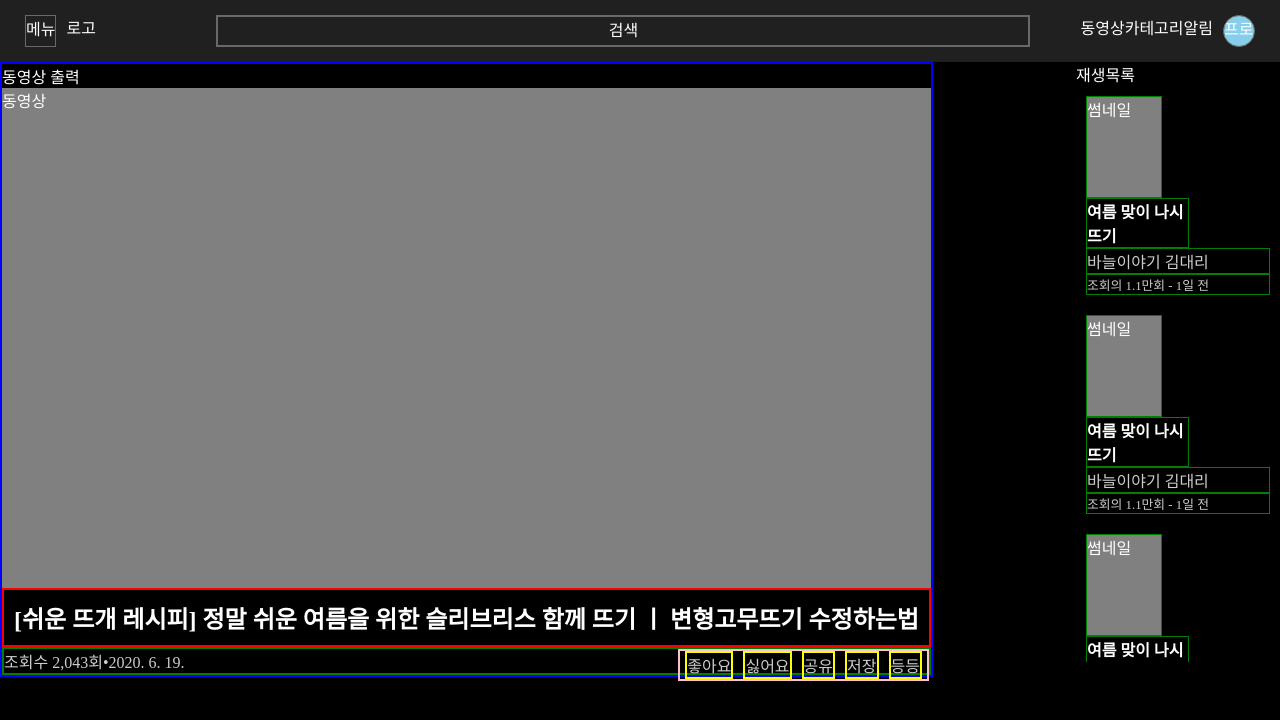
Repository: roseline0912/LikeLion
Page: YouTube_Clone/youtube.html
The author's editor kept a record of every edit. The page is drawn from the files as they stood at one moment, then again after the next edit.
The browser window is 1280 px wide. The pictures show the whole page.
An inner scrolling area shows only its first screen.

Above is the page before.

### YouTube_Clone/youtube.html
<!DOCTYPE html>
<html lang="en">
<head>
    <meta charset="UTF-8">
    <meta name="viewport" content="width=device-width, initial-scale=1.0">
    <meta http-equiv="X-UA-Compatible" content="ie=edge">
    <link rel="stylesheet" href="youtube.css" type="text/css" />
    <title>My YouTube</title>
</head>
<body>
    <nav class="nav-global">
        <div class="nav-item">메뉴</div>
        <div class="nav-logo">로고</div>
        <div class="nav-search">검색</div>
        <div class="nav-video">동영상</div>
        <div class="nav-category">카테고리</div>
        <div class="nav-alarm">알림</div>
        <div class="nav-profile nav-item">프로필</div>
    </nav>

    <div class="container">
    <section class="left-section">동영상 출력
    <div class="video-area">동영상</div>
    <div class="video-title">[쉬운 뜨개 레시피] 정말 쉬운 여름을 위한 슬리브리스 함께 뜨기 ㅣ 변형고무뜨기 수정하는법</div>
    <div class="video-info">
        <div class="video-viewcount">조회수 2,043회•2020. 6. 19.</div>
        <div class="video-info_btn_container">
            <div class="btn-like">좋아요</div>
            <div class="btn-hate">싫어요</div>
            <div class="btn-share">공유</div>
            <div class="btn-save">저장</div>
            <div class="btn-etc">등등</div>
        </div>
    </div>
    </section>

    <section class="right-section">재생목록
    <div class="list-item">
        <div class="list-thumbnail">썸네일</div>
        <div class="list-title">여름 맞이 나시뜨기</div>
        <div class="list-author">바늘이야기 김대리</div>
        <div class="list-info">조회의 1.1만회 - 1일 전</div>
    </div>
    <div class="list-item">
        <div class="list-thumbnail">썸네일</div>
        <div class="list-title">여름 맞이 나시뜨기</div>
        <div class="list-author">바늘이야기 김대리</div>
        <div class="list-info">조회의 1.1만회 - 1일 전</div>
    </div>
    <div class="list-item">
        <div class="list-thumbnail">썸네일</div>
        <div class="list-title">여름 맞이 나시뜨기</div>
        <div class="list-author">바늘이야기 김대리</div>
        <div class="list-info">조회의 1.1만회 - 1일 전</div>
    </div>
    <div class="list-item">
        <div class="list-thumbnail">썸네일</div>
        <div class="list-title">여름 맞이 나시뜨기</div>
        <div class="list-author">바늘이야기 김대리</div>
        <div class="list-info">조회의 1.1만회 - 1일 전</div>
    </div>
    <div class="list-item">
        <div class="list-thumbnail">썸네일</div>
        <div class="list-title">여름 맞이 나시뜨기</div>
        <div class="list-author">바늘이야기 김대리</div>
        <div class="list-info">조회의 1.1만회 - 1일 전</div>
    </div>
    <div class="list-item">
        <div class="list-thumbnail">썸네일</div>
        <div class="list-title">여름 맞이 나시뜨기</div>
        <div class="list-author">바늘이야기 김대리</div>
        <div class="list-info">조회의 1.1만회 - 1일 전</div>
    </div>
    <div class="list-item">
        <div class="list-thumbnail">썸네일</div>
        <div class="list-title">여름 맞이 나시뜨기</div>
        <div class="list-author">바늘이야기 김대리</div>
        <div class="list-info">조회의 1.1만회 - 1일 전</div>
    </div>
    <div class="list-item">
        <div class="list-thumbnail">썸네일</div>
        <div class="list-title">여름 맞이 나시뜨기</div>
        <div class="list-author">바늘이야기 김대리</div>
        <div class="list-info">조회의 1.1만회 - 1일 전</div>
    </div>
    </section>
    </div>
</body>
</html>

### YouTube_Clone/youtube.css
body{
    background-color:black;
    color:white;
    margin:0;
}

.nav-global{
    display:flex;
    background-color:#202020;
    padding:15px;
}

.nav-search{
    flex:1;   /*다른 태그들이 차지하는 공간을 제외하고 모든 공간을 차지함.*/
    border:2px solid dimgray;
    margin: 0 50px;
    text-align:center;
}

.nav-item, nav-logo{
    border:1px solid dimgray;
}

.nav-item{
    margin:0 10px;
}

.nav-logo{
    width:100px;
}

.nav-profile{
    width:30px;
    height:30px;
    border-radius:50%; /*일반적으로 원을 만들때는 정사각형을 만들고 radius 50%를 사용합니다.*/
    background-color:skyblue;
    overflow:hidden; /*얘는 우리가 정해놓은 사이즈를 내부 내용이 넘어가면 숨기겠다라는 속성입니다. 이 외에도 scroll도있습니다*/
}

.container .left-section{
    border: 2px solid blue;
    display: inline-block;
    /*width: 28%;*/
    min-height:600px;
    flex:6;
}

.container .right-section{
    float: right;
    flex:4;

    height:600px;
    overflow-y: scroll;
}

.video-area{
    height:500px;
    background-color:grey;
}

.video-title{
    border:2px solid red;
    padding:10px;
    font-weight:bold;
    font-size:1.5rem;
}

.video-info{
    border:2px solid green;
    color:#ccc;     /* viedo_info클래스 밑에 있는 클래스들은 모두 글자색이 회색이므로
                    상위 클래스에 속성을 부여해 하위 클래스까지 영향을 주도록했습니다.*/

    display: flex;   /*이렇게 작성을 해주면 하위 div가 block이지만 우리들 마음대로 다루기 편해집니다.*/

    position: relative; /*기준점이 videoinfo박스(초록색박스)가 되므로 relative설정을 해줍니다.*/
}

.view-viewcount{
    border:2px solid yellow;
}

.video-info_btn_container{
    border: 2px solid pink;
    display: flex;

    position: absolute; /*btn container를 info box기준으로 오른쪽에 위치시키기위해 absolute속성을 이용했습니다.*/
    right:0;
    top:0;


}

.video-info_btn_container div{
    margin:0 5px;
    border:2px solid yellow;
}

.list-item div {
    border:green 1px solid;  /*임시 border를 만들어서 보기편하게 해줍니다.*/
}
.list-item{
    padding:10px;         /*listing되는 item들은 안쪽으로 여백이 있으니 padding값을 줍니다.*/
}
.list-thumbnail{
    height:100px;        /*사진의 높이는 100px정도로 잡고*/
    width: 40%;          /*넓이를 right_section기준 40%로 잡아줍니다.(반응형을 위해)*/
    background-color: grey; /*grey 배경색을 깔아주고*/
    float: left;            /*위에서 사용했던 float속성을 이용해서 썸네일이 왼쪽에 둥 떠있게 해줍니다.*/
    display: inline-block;  /*그리고 한줄에 여러개의 요소가 들어오므로 inline-block*/
    margin-right: 10px;     /*썸네일과 오른쪽 정보간의 간격 10px만큼줬습니다.*/
}
.list-title{
    font-weight: bold;    /*제목은 두껍게 처리를 해주었습니다.*/
    width:55%;            /*그리고 썸네일이 쓰고 남은 section기준 width 60%중에서 여유롭게 55%만 차지하도록 해줍니다.*/
    display: inline-block;  /*썸에일 오른쪽에 제목이 위치해야 하므로 inline-block*/

}
.list-author{
    color:#ccc;      /*작성자의 색깔은 회색입니다.*/
}
.list-info{
    font-size:0.8rem;   /*조회수 및 게시일은 작성자보다 조금 작은 0.8배로 크기를 지정했습니다.*/
    color:#ccc;
}

After the next edit:
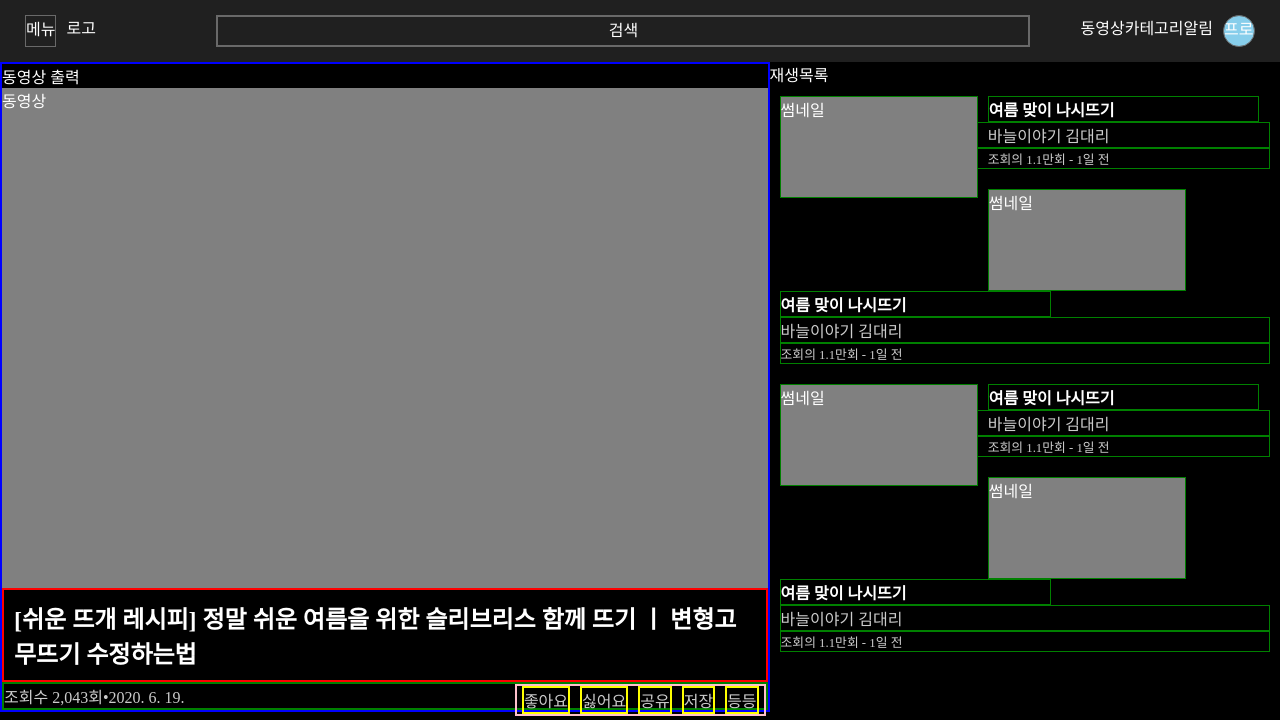
The edit:
--- a/YouTube_Clone/youtube.css
+++ b/YouTube_Clone/youtube.css
@@ -37,6 +37,12 @@
     overflow:hidden; /*얘는 우리가 정해놓은 사이즈를 내부 내용이 넘어가면 숨기겠다라는 속성입니다. 이 외에도 scroll도있습니다*/
 }
 
+.container{
+    display:flex;
+    flex-direction: row;
+    justify-content: space-around;
+
+}
 .container .left-section{
     border: 2px solid blue;
     display: inline-block;
